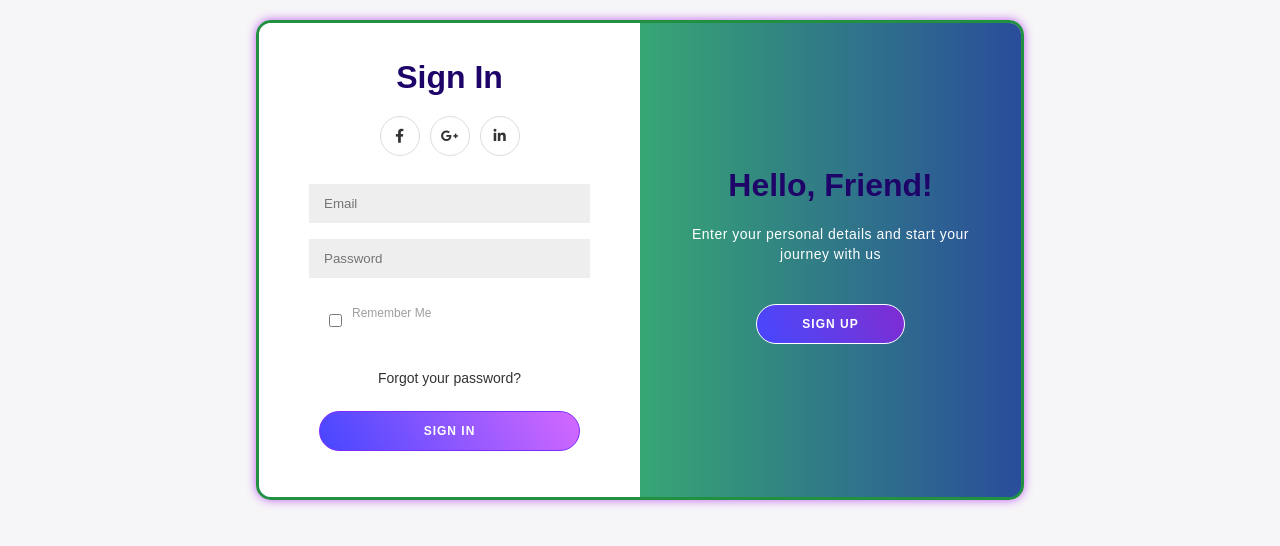
Repository: Zulfiyya077/InternIntelligence_LoginPage
Page: /
These files come from the project's save history. The page is drawn as it stood at one moment and after the next save; the edit follows.
The browser window is 1280 px wide. The pictures show the whole page.
The project was rebuilt for these pictures with package versions that can differ from the ones it lists, and the page was loaded fresh each time. Also part of the build but not shown: vite.config.js.

Above is the page before, as saved 2025-02-02 08:08:38.

### index.html
<!DOCTYPE html>
<html lang="en">
<head>
    <meta charset="UTF-8" />
    <link rel="icon" type="image/svg+xml" href="/vite.svg" />
    <link
    rel="stylesheet"
    href="https://cdnjs.cloudflare.com/ajax/libs/font-awesome/5.15.4/css/all.min.css"
  />
    <meta name="viewport" content="width=device-width, initial-scale=1.0" />
    <title>Vite + React</title>
</head>
<body>
    <div id="root"></div>
    <script type="module" src="src/main.jsx"></script>
</body>
</html>

### src/main.jsx
import React from 'react';
import ReactDOM from 'react-dom/client';
import App from './App.jsx';


ReactDOM.createRoot(document.getElementById('root')).render(
  <React.StrictMode>
    <App />
  </React.StrictMode>,
);

### src/App.jsx
import React from 'react';
import SignInUpForm from './components/SignInUpForm';

function App() {
  return (
    <div className="App">
      <SignInUpForm />
    </div>
  );
}

export default App;

### src/components/SignInUpForm.jsx
import React, { useState } from 'react';
import styles from './SignInUpForm.module.css';
import { auth } from '../firebaseConfig';
import { createUserWithEmailAndPassword, signInWithEmailAndPassword, sendPasswordResetEmail } from 'firebase/auth';

const SignInUpForm = () => {
  const [isSignUp, setIsSignUp] = useState(false);
  const [email, setEmail] = useState('');
  const [password, setPassword] = useState('');
  const [error, setError] = useState('');


  const strongPasswordRegex = /^(?=.*[a-z])(?=.*[A-Z])(?=.*\d)[A-Za-z\d@$!%*?&]{6,}$/;


  const handleSignUp = async (e) => {
    e.preventDefault();
    setError('');

    if (!/\S+@\S+\.\S+/.test(email)) {
      setError('Please enter a valid email address.');
      return;
    }
    if (!strongPasswordRegex.test(password)) {
      setError('Password must have at least 6 characters, including 1 uppercase, 1 lowercase, and 1 number.');
      return;
    }

    try {
      await createUserWithEmailAndPassword(auth, email, password);
      alert('Account created successfully!');
    } catch (error) {
      handleAuthError(error);
    }
  };


  const handleSignIn = async (e) => {
    e.preventDefault();
    setError('');

    try {
      await signInWithEmailAndPassword(auth, email, password);
      alert('Signed in successfully!');
    } catch (error) {
      handleAuthError(error);
    }
  };


  const handleForgotPassword = async () => {
    if (!email) {
      setError('Please enter your email to reset password.');
      return;
    }
    try {
      await sendPasswordResetEmail(auth, email);
      alert('Password reset email sent!');
    } catch (error) {
      handleAuthError(error);
    }
  };


  const handleAuthError = (error) => {
    const errorMessages = {
      'auth/user-not-found': 'No account found with this email.',
      'auth/wrong-password': 'Incorrect password.',
      'auth/email-already-in-use': 'This email is already registered.',
      'auth/weak-password': 'Your password is too weak.',
      'auth/invalid-email': 'Invalid email format.',
    };
    setError(errorMessages[error.code] || error.message);
  };

  return (
    <div className={`${styles.container} ${isSignUp ? styles.rightPanelActive : ''}`}>
      <div className={`${styles.formContainer} ${styles.signUpContainer}`}>
        <form onSubmit={handleSignUp}>
          <h1>Create Account</h1>
          <div className={styles.socialContainer}>
            <a href="#" className={styles.social}><i className="fab fa-facebook-f"></i></a>
            <a href="#" className={styles.social}><i className="fab fa-google-plus-g"></i></a>
            <a href="#" className={styles.social}><i className="fab fa-linkedin-in"></i></a>
          </div>
          {error && <p className={styles.error}>{error}</p>}
          <input type="email" placeholder="Email" value={email} onChange={(e) => setEmail(e.target.value)} required />
          <input type="password" placeholder="Password" value={password} onChange={(e) => setPassword(e.target.value)} required />
          <button type="submit">Sign Up</button>
        </form>
      </div>


      <div className={`${styles.formContainer} ${styles.signInContainer}`}>
        <form onSubmit={handleSignIn}>
          <h1>Sign In</h1>
          <div className={styles.socialContainer}>
            <a href="#" className={styles.social}><i className="fab fa-facebook-f"></i></a>
            <a href="#" className={styles.social}><i className="fab fa-google-plus-g"></i></a>
            <a href="#" className={styles.social}><i className="fab fa-linkedin-in"></i></a>
          </div>
          {error && <p className={styles.error}>{error}</p>}
          <input type="email" placeholder="Email" value={email} onChange={(e) => setEmail(e.target.value)} required />
          <input type="password" placeholder="Password" value={password} onChange={(e) => setPassword(e.target.value)} required />

          <label className={styles.rememberMe}>
         <input type="checkbox" />    Remember Me
          </label>
          <a href="#" onClick={handleForgotPassword}>Forgot your password?</a>
          <button type="submit">Sign In</button>
        </form>
      </div>


      <div className={styles.overlayContainer}>
        <div className={styles.overlay}>
          <div className={`${styles.overlayPanel} ${styles.overlayLeft}`}>
            <h1>Welcome Back!</h1>
            <p>To keep connected with us please login with your personal info</p>
            <button className={styles.ghost} onClick={() => setIsSignUp(false)}>Sign In</button>
          </div>
          <div className={`${styles.overlayPanel} ${styles.overlayRight}`}>
            <h1>Hello, Friend!</h1>
            <p>Enter your personal details and start your journey with us</p>
            <button className={styles.ghost} onClick={() => setIsSignUp(true)}>Sign Up</button>
          </div>
        </div>
      </div>
    </div>
  );
};

export default SignInUpForm;

### src/components/SignInUpForm.module.css



* {
    margin: 0;
    padding: 0;
    box-sizing: border-box;
  }

  body {
    background: #f6f5f7;
    display: flex;
    justify-content: center;
    align-items: center;
    flex-direction: column;
    font-family: 'Montserrat', sans-serif;

    margin: 20px ;
  }

  h1 {
    font-weight: bold;
    margin: 0;
    color:rgb(30, 4, 104);
  }

  h2 {
    text-align: center;
  }

  p {
    font-size: 14px;
    font-weight: 100;
    line-height: 20px;
    letter-spacing: 0.5px;
    margin: 20px 0 30px;
  }

  span {
    font-size: 12px;
  }

  a {
    color: #333;
    font-size: 14px;
    text-decoration: none;
    margin: 15px 0;
  }

  .social:focus {
    box-shadow: rgba(131, 131, 233, 0.25) 0px 50px 100px -20px, rgba(157, 6, 228, 0.3) 0px 30px 60px -30px, rgba(202, 91, 247, 0.35) 0px -2px 6px 0px inset;
  }
  button {
    margin: 10px;
    border-radius: 20px;
    border: 1px solid #7c2bff;
    background: rgb(186,63,251);
background: linear-gradient(60deg, rgb(70, 70, 255) 0%, rgba(183, 1, 255, 0.591) 100%);
    color: #FFFFFF;
    font-size: 12px;
    font-weight: bold;
    padding: 12px 45px;
    letter-spacing: 1px;
    text-transform: uppercase;
    transition: transform 80ms ease-in;

  }

  button:active {
    transform: scale(0.95);
  }

  button:focus {
    outline: none;
  }

  button.ghost {
    background-color: transparent;
    border-color: #FFFFFF;
  }

  form {
    background-color: #FFFFFF;
    display: flex;
    width: 100%;
    justify-content: center;
    flex-direction: column;
    padding: 0 50px;
    height: 100%;
    text-align: center;

  }

  input {
    background-color: #eee;
    border: none;
    padding: 12px 15px;
    margin: 8px 0;

  }
  .error {
    height: 20px;
    font-size: 12px;
    color: red;
  }
  .container {
    background-color: #fff;
    border-radius: 20px;
    box-shadow: 0 14px 28px rgba(0,0,0,0.25),
                0 10px 10px rgba(0,0,0,0.22);
    position: relative;
    overflow: hidden;
    width: 768px;
    max-width: 100%;
    min-height: 480px;
    display: flex;
    justify-content: center;
    align-items: center;
    transition: background-color 0.6s ease-in-out;
    padding: 10px;
  }

  .formContainer {

    position: absolute;
    top: 0;
    height: 100%;
    transition: all 0.6s ease-in-out;
  }

  .signInContainer {
    left: 0;
    width: 50%;
    z-index: 2;
  }

  .rightPanelActive .signInContainer {

    transform: translateX(100%);
  }

  .signUpContainer {
    left: 0;
    width: 50%;
    opacity: 0;
    z-index: 1;

  }

  .rightPanelActive .signUpContainer {
    transform: translateX(100%);
    opacity: 1;
    z-index: 5;
    animation: show 0.6s;
  }

  @keyframes show {
    0%, 49.99% {
      opacity: 0;
      z-index: 1;
    }

    50%, 100% {
      opacity: 1;
      z-index: 5;
    }
  }


  .overlayContainer {
    position: absolute;
    top: 0;
    left: 50%;
    width: 50%;
    height: 100%;
    overflow: hidden;
    transition: transform 0.6s ease-in-out;
    z-index: 100;
  }

  .rightPanelActive .overlayContainer {
    transform: translateX(-100%);
  }

  .overlay {
    background: linear-gradient(to right,rgb(67, 255, 76), #2A4D9B);
    color: #fff;
    position: relative;
    left: -100%;
    height: 100%;
    width: 200%;
    transform: translateX(0);
    transition: transform 0.6s ease-in-out, background 0.6s ease-in-out;
  }

  .rightPanelActive .overlay {
    transform: translateX(50%);
    background: linear-gradient(to right,#2A4D9B,  rgb(168, 18, 255));
  }

  .overlayPanel {
    position: absolute;
    display: flex;
    align-items: center;
    justify-content: center;
    flex-direction: column;
    padding: 0 40px;
    text-align: center;
    top: 0;
    height: 100%;
    width: 50%;
    transform: translateX(0);
    transition: transform 0.6s ease-in-out;
  }

  .overlayLeft {
    transform: translateX(-20%);
  }

  .rightPanelActive .overlayLeft {
    transform: translateX(0);
  }

  .overlayRight {
    right: 0;
    transform: translateX(0);
  }

  .rightPanelActive .overlayRight {
    transform: translateX(20%);
  }

  .socialContainer {
    margin: 20px 0;
  }

  .socialContainer a {
    border: 1px solid #ddd;
    border-radius: 50%;
    display: inline-flex;
    justify-content: center;
    align-items: center;
    margin: 0 5px;
    height: 40px;
    width: 40px;
  }
  .checkboxContainer {
    width: 100px;
  }

  .checkboxContainer input {
    margin-right: 10px;

  }

  .checkboxContainer label {

    display: flex;
      align-items: center;
    justify-content: flex-start;

    font-weight: 100;
    color: #333;
  }

  .rememberMe {
    display: flex;
   font-size: 12px;
   color: rgb(160, 159, 159);
    margin: 20px ;
  }

  .rememberMe input {
    margin-right: 10px;
  }


.container {
    background: linear-gradient(165deg, #ffffff, #0277d6);
  }

  input:focus {
    outline: #0277d6;
    border-color: #2196f3;
    background-color: #e1f5fe;

  }
  @keyframes borderAnimation {
    0% { border-color: #3498db; box-shadow: 0 0 10px #42aff8; }
    25% { border-color: #41b4f7; box-shadow: 0 0 10px #4ae73c; }
    50% { border-color: #e90ff1; box-shadow: 0 0 10px #0f44f1; }
    75% { border-color: #18703d; box-shadow: 0 0 10px #fc43fc; }
    100% { border-color: #34db4a; box-shadow: 0 0 10px #3498db; }
  }

  .container {
    position: relative;
    padding: 20px;

    border: 3px solid transparent;
    border-radius: 15px;
    animation: borderAnimation 3s infinite linear;
    transition: all 0.3s ease-in-out;
  }

### src/firebaseConfig.js
// src/firebaseConfig.js
import { initializeApp } from "firebase/app";
import { getAuth } from "firebase/auth";

const firebaseConfig = {
    apiKey: "AIzaSyC53-JWx-NA0i0QbOs5togwXCTY4UTFECU",
    authDomain: "my-apps-077.firebaseapp.com",
    projectId: "my-apps-077",
    storageBucket: "my-apps-077.firebasestorage.app",
    messagingSenderId: "888644240432",
    appId: "1:888644240432:web:80649d7f31ee9d7a6019f5",
    measurementId: "G-PS211GRZTS"
  };

const app = initializeApp(firebaseConfig);
const auth = getAuth(app);

export { auth };

After the next save:
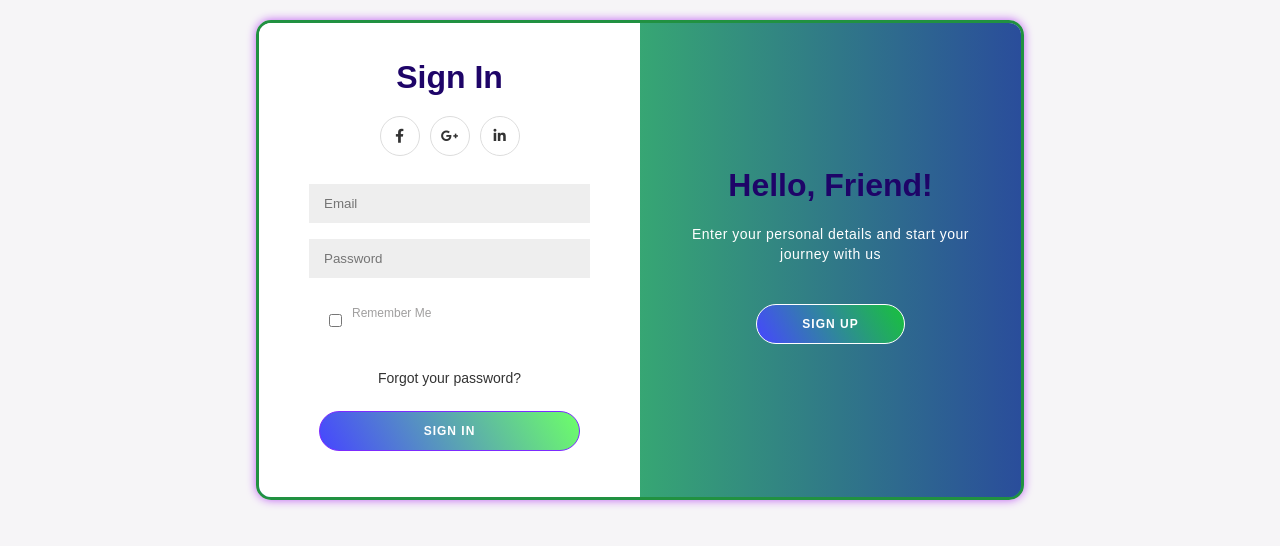
Saved 2 min 27 s later.
--- a/src/components/SignInUpForm.module.css
+++ b/src/components/SignInUpForm.module.css
@@ -55,7 +55,7 @@
     border-radius: 20px;
     border: 1px solid #7c2bff;
     background: rgb(186,63,251);
-background: linear-gradient(60deg, rgb(70, 70, 255) 0%, rgba(183, 1, 255, 0.591) 100%);
+background: linear-gradient(60deg, rgb(70, 70, 255) 0%, rgba(9, 255, 1, 0.591) 100%);
     color: #FFFFFF;
     font-size: 12px;
     font-weight: bold;
